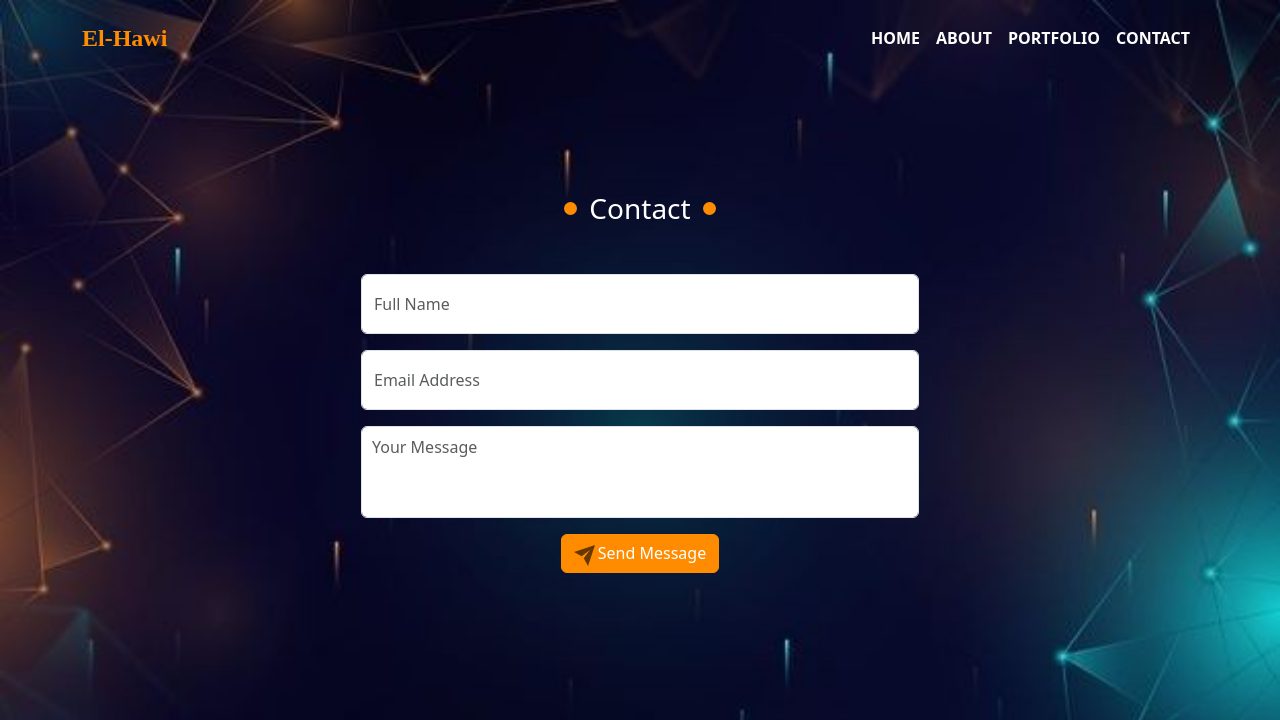
Repository: amralhawi123/Portfolio
Page: /contact
These files come from the project's save history. The page is drawn as it stood at one moment and after the next save; the edit follows.
The browser window is 1280 px wide. The pictures show the whole page.
The project was rebuilt for these pictures with package versions that can differ from the ones it lists, and the page was loaded fresh each time. Also part of the build but not shown: src/components/landing/landing.css, src/components/landing/landing.js, src/components/about/about.css, src/components/about/About.js, src/components/Portfolio/portfolio.css, src/components/Portfolio/Portfolio.js. Imported but missing from the stored project, and not drawn on this page: src/image/Amr Mahmoud Alhawi.pdf.

Above is the page before, as saved 2023-08-28 17:46:39.

### public/index.html
<!DOCTYPE html>
<html lang="en">
  <head>
    <meta charset="utf-8" />
    <link rel="icon" href="%PUBLIC_URL%/favicon.ico" />
    <meta name="viewport" content="width=device-width, initial-scale=1" />
    <meta name="theme-color" content="#000000" />
    <meta
      name="description"
      content="Web site created using create-react-app"
    />
    <link rel="stylesheet" href="https://cdnjs.cloudflare.com/ajax/libs/font-awesome/6.4.2/css/all.min.css" integrity="sha512-z3gLpd7yknf1YoNbCzqRKc4qyor8gaKU1qmn+CShxbuBusANI9QpRohGBreCFkKxLhei6S9CQXFEbbKuqLg0DA==" crossorigin="anonymous" referrerpolicy="no-referrer" />

    <link rel="apple-touch-icon" href="%PUBLIC_URL%/logo192.png" />
    <link rel="manifest" href="%PUBLIC_URL%/manifest.json" />
    <title>My Portfolio</title>
  </head>
  <body>
    <!-- <noscript>You need to enable JavaScript to run this app.</noscript> -->
    <div id="root"></div>

  </body>
</html>

### src/components/navbar/MayNav.js
import React from 'react'
import './Maynav.css'
import { Nav, Navbar } from 'react-bootstrap'

const MayNav = () => {
  return (
       <div className='myNav'>
      <Navbar    expand="lg" data-bs-theme="dark">
      <Navbar.Brand href="#home" className='fs-4'>El-Hawi</Navbar.Brand>
        <Navbar.Toggle aria-controls="basic-navbar-nav" />
        <Navbar.Collapse id="basic-navbar-nav">
        <Nav className="ms-auto links">
            <Nav.Link href="#home">HOME</Nav.Link>
            <Nav.Link href="#about">ABOUT</Nav.Link>
            <Nav.Link href="#portfolio">PORTFOLIO</Nav.Link>
            <Nav.Link href="#contact">CONTACT</Nav.Link>
          </Nav>
        </Navbar.Collapse>
    </Navbar>
     </div>

  )
}

export default MayNav

### src/components/contact/contact.js
import React from 'react'
import './contact.css'
import { Button, Form } from 'react-bootstrap'
import send from '../../image/send-icon.svg'
const Contact = () => {
  return (
    <div className='contact text-center' id='contact'>
      <h3 className=' my-3'>Contact</h3>
       <Form className=' my-3'>
      <Form.Group className="my-3" controlId="formBasicEmail">
        <Form.Control type="text" placeholder="Full Name" />
      </Form.Group>
      <Form.Group className="my-3" controlId="formBasicEmail">
        <Form.Control type="email" placeholder="Email Address" />
      </Form.Group>

      <Form.Group className="my-3" controlId="formBasicPassword">
        <Form.Control type="text" className='heghit' placeholder="Your Message" />
      </Form.Group>
      <Button variant="primary" className='button' type="submit">
        <img src={send} alt='send' style={{color: "white", marginRight:"white"}} />Send Message
      </Button>
    </Form>
    </div>
  )
}

export default Contact

### src/components/navbar/Maynav.css
.myNav .navbar-brand{
   font-weight: bold ;
   font-family: auto;
   color:darkorange;
}

.navbar-toggler{
   background-color: white !important;
}
@media (max-width:576px) {
   .navbar-toggler{
      display: none !important;
   }
   .collapse:not(.show) {
      display: block !important;
  }
}
.myNav .links a {
   display: flex;
    justify-content: center;
    align-items: center;
    height: 60px;
    padding: 0 20px;
    position: relative;
    transition: .2s;
    overflow: hidden;
    text-decoration: auto;
    color: white;
    font-weight: 700;
}
.myNav .links a::before{
   content: '';
   position: absolute;
   width: 100%;
   height: 3px;
   background-color: darkorange;
   top: 0;
   left: -100%;
   transition: .2s;
}
.myNav .links a:hover::before {
   left: 0;
}
@media (max-width:576px) {
   .navbar-toggler{
      display: none !important;
   }
   .collapse:not(.show) {
      display: block !important;
  }
  .navbar-nav {
    flex-direction: row !important;
  }
  .myNav .links a{
   padding: 0 15px;
  }
  .navbar{
   display: block !important;
   text-align: center;
  }
  .myNav .links a::before{
   top: 94%;
   left: -100%;
   transition: .2s;
}

}

### src/components/contact/contact.css
.contact{
   margin: 100px 0;
    text-align: center;
    display: flex;
    flex-direction: column;
    align-items: center;
}


form{
   width: 50%;
}
form input{
   height: 60px;
}
form .heghit{
   padding: 20px 0 70px 10px;
}
.button{
   background-color: darkorange !important;
   border-color: darkorange !important;
}
.contact  h3{
   color: white;
   position: relative;
   display: inline-block;
}
.contact  h3::before{
   content: '';
   position: absolute;
   background-color: darkorange;
   width: 13px;
   height: 13px;
   border-radius: 50%;
   left: -25px;
   top: 30%;
}
.contact  h3::after{
   content: '';
   position: absolute;
   background-color: darkorange;
   width: 13px;
   height: 13px;
   border-radius: 50%;
   right: -25px;
   top: 30%;
}

Loaded but not shown: src/index.js (common file); src/App.js (common file); src/index.css (common file)

After the next save:
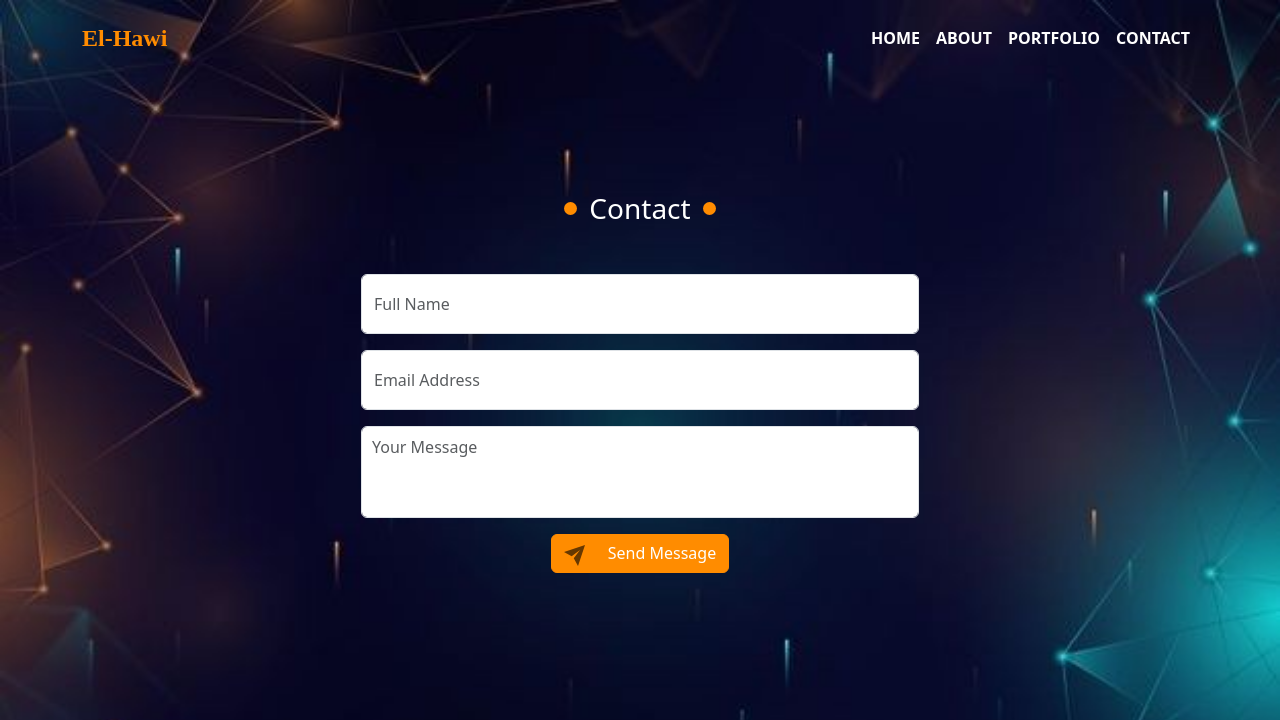
Saved 6 s later.
--- a/src/components/contact/contact.js
+++ b/src/components/contact/contact.js
@@ -18,7 +18,7 @@ const Contact = () => {
         <Form.Control type="text" className='heghit' placeholder="Your Message" />
       </Form.Group>
       <Button variant="primary" className='button' type="submit">
-        <img src={send} alt='send' style={{color: "white", marginRight:"white"}} />Send Message
+        <img src={send} alt='send' style={{color: "white", marginRight:"20px"}} />Send Message
       </Button>
     </Form>
     </div>
